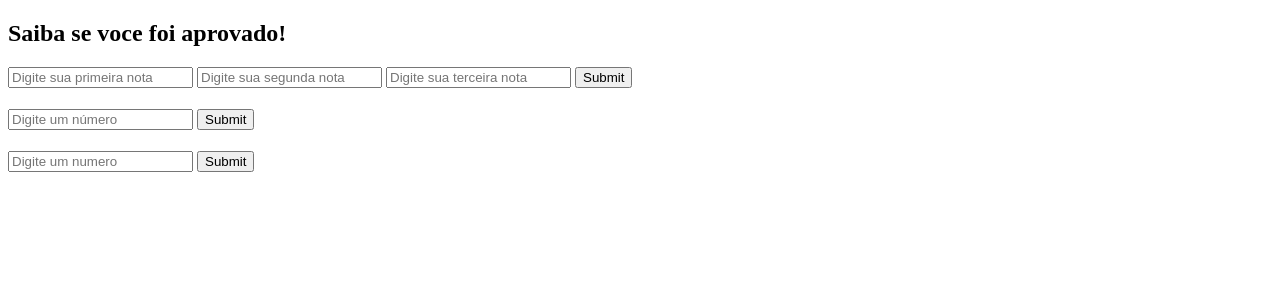
Repository: gimoli/logica1
Page: index.html
These files come from the project's save history. The page is drawn as it stood at one moment and after a run of saves; the edit follows.
The browser window is 1280 px wide. The pictures show the whole page.

Above is the page before, as saved 2025-05-05 09:48:52.

### index.html
<!DOCTYPE html>
<html lang="en">
<head>
    <meta charset="UTF-8">
    <meta name="viewport" content="width=device-width, initial-scale=1.0">
    <title>Document</title>
</head>
<body>
    <div>
        <h2>Saiba se voce foi aprovado!</h2>
        <input type="Number" id="nota1" placeholder="Digite sua primeira nota"/>
        <input type="Number" id="nota2" placeholder="Digite sua segunda nota"/>
        <input type="Number" id="nota3" placeholder="Digite sua terceira nota"/>
        <input type="submit" onclick="classificacao()" />
        <h4 id="resultadoFinal"></h4>
    </div>

    <div>
        <input type="number" id="numberInput" placeholder="Digite um número" />
        <input type="submit" onclick="numerosPares()">
        <h4 id="numeros-pares"></h4>
    </div>

    <div>
        <input type="number" id="tabuada-input" placeholder="Digite um numero" />
        <input type="submit" onclick="tabuada()">
        <h4 id="resultado-tabuada"></h4>
    </div>

    <script src="app.js"></script>
</body>
</html>

### app.js
//function mediaDaNota(nota0, nota1, nota2, nota3){

//const = tipo de variavel, é imutável
//mediaFinal = nome da variável em camelcase
//o que ela faz?
//soma das variáveis e dividide pela quantidade de variáveis

//const mediaFinal = (nota0 + nota1 + nota2 + nota3) / 4

//if = condição
//(mediaFinal >=7) = a condição ta verificando se a variavel 'mediaFinal' é maior ou igual a 7

//else= se nâo atender a nenhuma condição anterior ela entra no else
//return= informe a resposta final

//if (mediaFinal >=7) {
//        return "Aprovado"
//    } else {
//        return "Reprovado"
//    }

//return mediaFinal >=7 ? "Aprovado" : "Reprovado";

//}

//const nota0 = Number(prompt("Digite uma nota"));
//const nota1 = Number(prompt("Digite a segunda"));
//const nota2 = Number(prompt("Digite a terceira nota"));
//const nota3 = Number(prompt("Digite a quarta nota"));

//document.write(mediaDaNota(nota0, nota1, nota2, nota3));



function classificacao() {
    const nota1 = Number(document.getElementById("nota1").value);
    const nota2 = Number(document.getElementById("nota2").value);
    const nota3 = Number(document.getElementById("nota3").value);
    const resultadoFinal = document.getElementById("resultadoFinal")

    const media = (nota1 + nota2 + nota3)/3;
    if (nota1 > 10 || nota2 > 10 || nota3 > 10 || nota1 < 0 || nota2 < 0 || nota3 < 0
        || isNaN(nota1) || isNaN(nota2) || isNaN(nota3)) {
        alert("Digite uma nota válida!");
    } else {
        aprovacao = media > 7 ? "Aprovado!" : "Reprovado.";
        resultadoFinal.innerHTML = `A sua media foi de ${media.toFixed(2)}. ${aprovacao}`;
    }
}


function numerosPares() {
    const numeroInput = Number(document.getElementById("numberInput").value); // Corrigido aqui
    let i = 2;
    let resultado = [];
    const numerosPares = document.getElementById("numeros-pares");

    while (i <= numeroInput) {
        if (i % 2 === 0) {
            resultado.push(i); // Usar push em vez de +=
        }
        i++;
    }

    numerosPares.innerHTML = `Os números pares são: ${resultado.join(", ")}`;
}


function tabuada() {
    const tabuadaInput = Number(document.getElementById("tabuada-input").value);
    let resultado = [];

    for (let i = 1; i <= 10; i++) {
        resultado.push(`${tabuadaInput} x ${i} = ${tabuadaInput * i}`);
    }

    const resultadoTabuada = document.getElementById("resultado-tabuada");
    resultadoTabuada.innerHTML = resultado.join("<br>");
}





// function tabuada() {
//     const tabuadaInput = Number(document.getElementById("tabuada-input").value);
//     let i = 1;
//     let resultado = [];

//     while(i <= 10) {
//         resultado += tabuadaInput * i;
//         i++;
//     }

//     for(let i = 1; i <= 10; i++) {
//         resultado += tabuadaInput * i;
//     }
// }

After the next 2 saves:
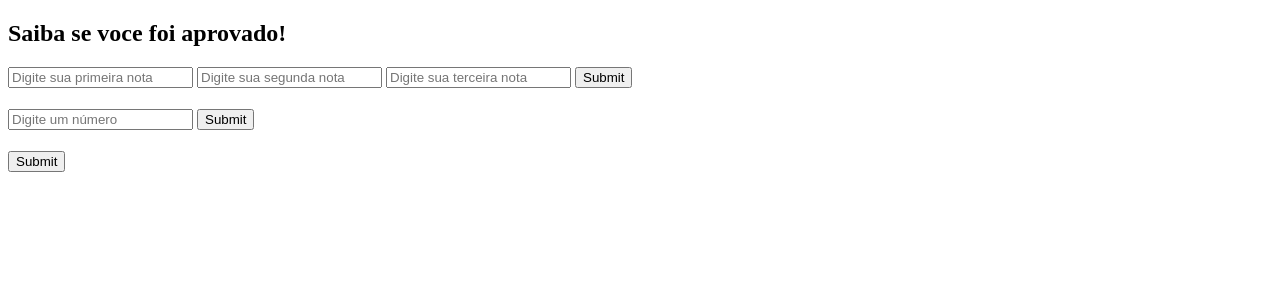
The 2 saves are shown as one change because they came seconds apart.
The last was saved 17 s later.
--- a/index.html
+++ b/index.html
@@ -22,6 +22,7 @@
     </div>
 
     <div>
+        <h
         <input type="number" id="tabuada-input" placeholder="Digite um numero" />
         <input type="submit" onclick="tabuada()">
         <h4 id="resultado-tabuada"></h4>
